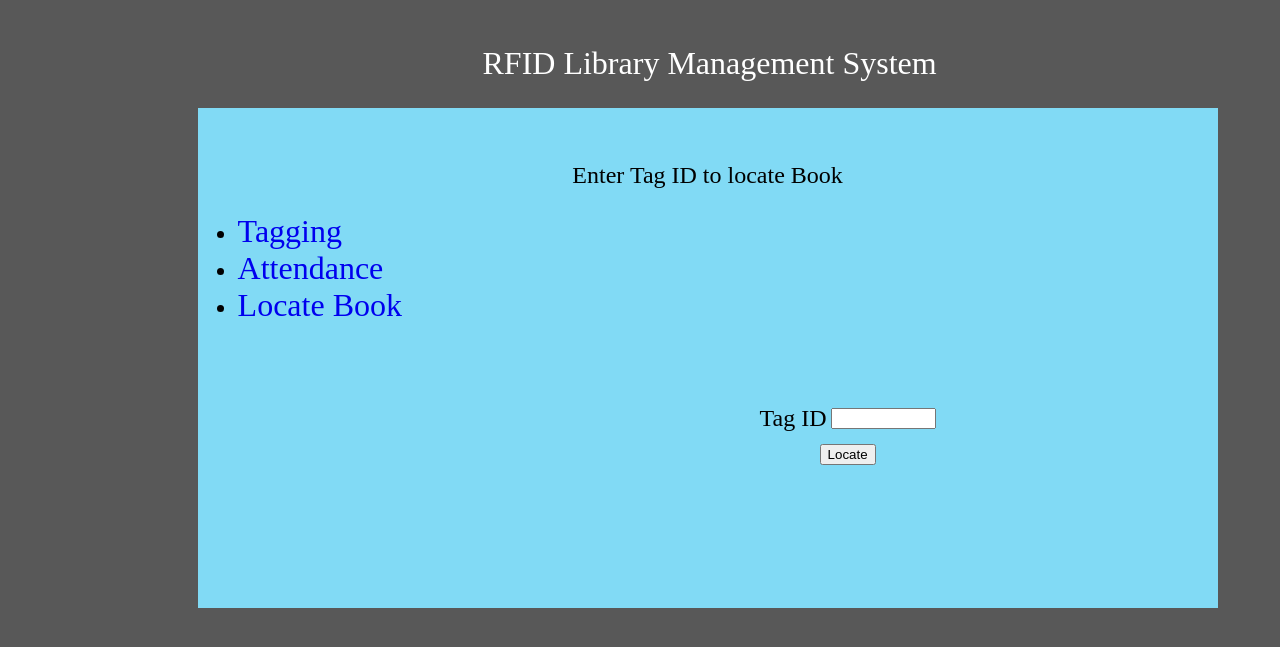
Repository: vigineshs/A-Smart-Data-Analyzer-for-Library-Management-System
Page: http://localhost/librarymgmt/locate.jsp
These files come from the project's save history. The page is drawn as it stood at one moment and after the next save; the edit follows.
The browser window is 1280 px wide. The pictures show the whole page.
The page is served by Tomcat 9. Other server files are loaded and not shown.

Above is the page before, as saved 2013-02-10 12:18:25.

### PassiveRFID/CS203-Version 1.0.6/Demo Applications/Dot Net C#/Demo Applications Source Code/RFID/librarymgmt/WebContent/locate.jsp
<%@ page language="java" contentType="text/html; charset=ISO-8859-1"
    pageEncoding="ISO-8859-1"%>
<!DOCTYPE html PUBLIC "-//W3C//DTD HTML 4.01 Transitional//EN" "http://www.w3.org/TR/html4/loose.dtd">
<html>
<head>
<title>RFID | Library Management System</title>
<link rel="stylesheet" type="text/css" href="css/page.css ">
<script>
function validateForm()
{
var x=document.forms["f1"]["btag"].value;
if (x==null || x=="")
  {
  alert("TagID must be filled");
  return false;
  }}
  </script>
</head>
<body>
<div class="center">
<div id="container">
<div id="header"><br/>
RFID Library Management System
</div>
<div id="content">
<br/><br/><center>
Enter Tag ID to locate Book</center>
	<div id="lcon">
<ul>
<li><a href="tag.jsp">Tagging</a></li>
<li><a href="attend.jsp">Attendance</a></li>
<li><a href="locate.jsp">Locate Book</a></li>
</ul>
	</div>
	<div id="rcon">
	<form method=GET action="http://localhost:8080/librarymgmt/location.jsp" onsubmit="return validateForm()" name=f1  ><br/><br/>
	<center>
<table>
<tr><td>Tag ID</td><td><input type=text size=10 name="tag" /></td></tr>
<tr><td></td><td></td></tr><tr><td></td><td></td></tr>
<tr  ><td colspan="2"><center><input type=submit value=Locate /></center></td></tr>
</table></center>
</form>
	</div>
</div>
</div>
</div>
</body>
</html>

### PassiveRFID/CS203-Version 1.0.6/Demo Applications/Dot Net C#/Demo Applications Source Code/RFID/librarymgmt/WebContent/css/page.css
#container
{


width:1024px;
height:500px;
margin:0px;

}

a{
text-decoration:none;
font-color:blue;
font-size:32px;
}

a:hover{
font-color:red;
}

.center
{
margin-left:auto;
margin-right:auto;
width:70%;
}

body
{
background-color:#585858;
}

#header
{
background-color:#585858;
font-family:Monotype Corsiva;
font-size:32px;
color:white;
height:100px;
text-align:center;
float:center;
}

#content
{
background-color:#81DAF5;
width:1020px;
height:500px;
margin-left:0px;
overflow:hidden;
font-size:24px;
float:center;
}

#lcon
{
width:300px;
height:100%
overflow:hidden;
}

#rcon
{
width:700px;
height:100%
overflow:hidden;
margin-left:300px;
}

After the next save:
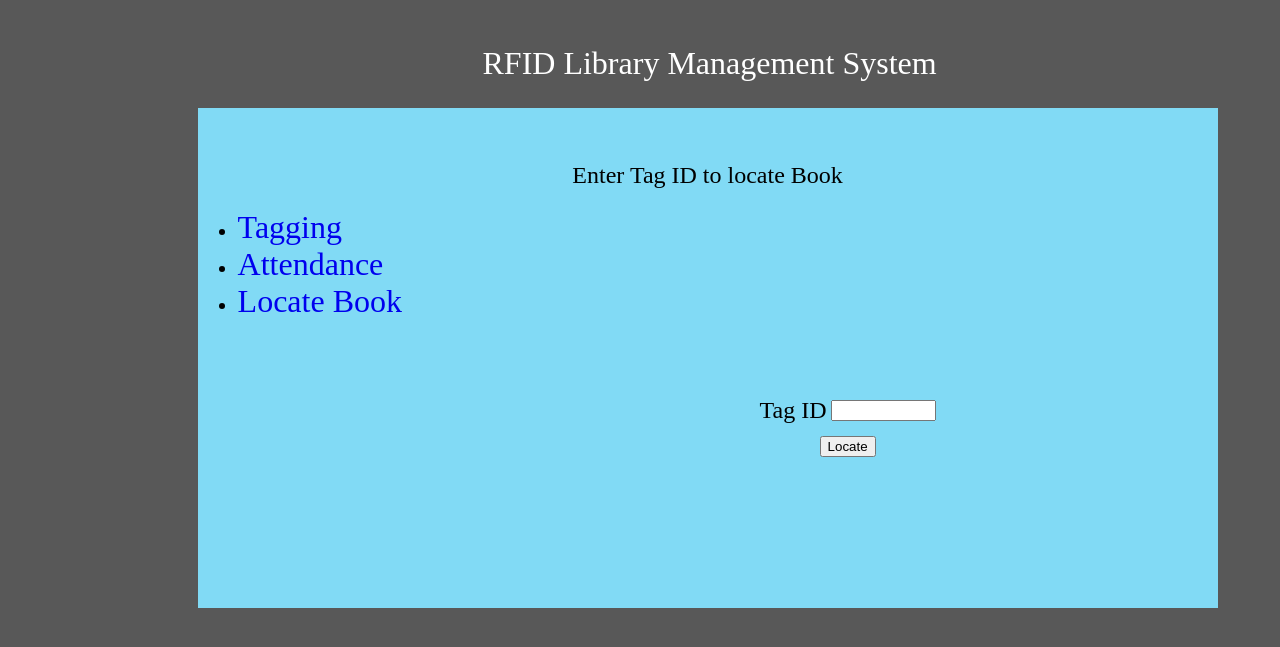
Saved 40 s later.
--- a/PassiveRFID/CS203-Version 1.0.6/Demo Applications/Dot Net C#/Demo Applications Source Code/RFID/librarymgmt/WebContent/locate.jsp
+++ b/PassiveRFID/CS203-Version 1.0.6/Demo Applications/Dot Net C#/Demo Applications Source Code/RFID/librarymgmt/WebContent/locate.jsp
@@ -26,7 +26,7 @@ RFID Library Management System
 <br/><br/><center>
 Enter Tag ID to locate Book</center>
 	<div id="lcon">
-<ul>
+<ul style="font-size:20px;" >
 <li><a href="tag.jsp">Tagging</a></li>
 <li><a href="attend.jsp">Attendance</a></li>
 <li><a href="locate.jsp">Locate Book</a></li>
